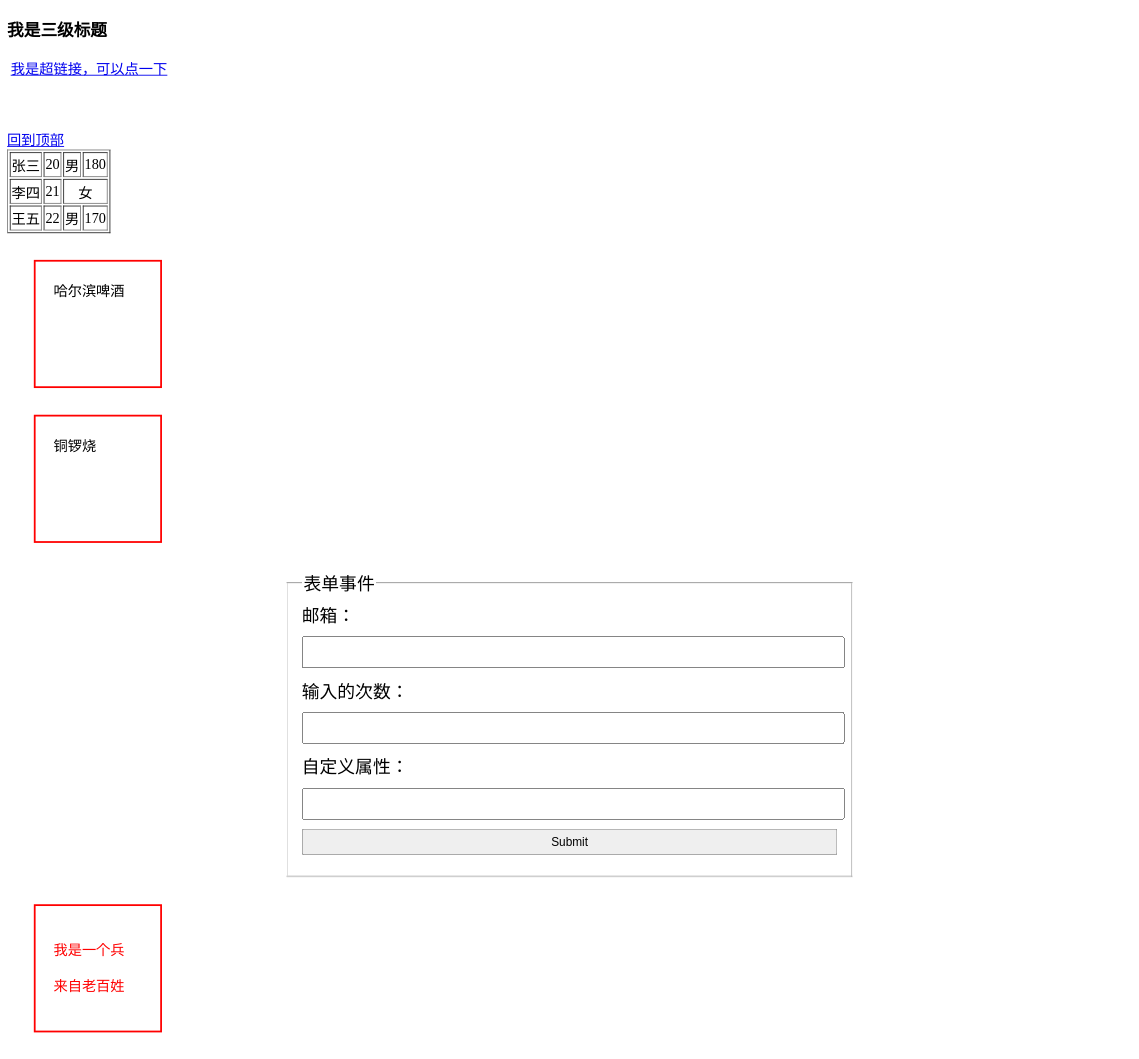
Repository: wyhzglgithub/mygitremote
Page: test.html
An editor plug-in stored every save of this project. The page is shown before and after the next save, followed by the edit.
The browser window is 1280 px wide. The pictures show the whole page, at 89% of full size.

Above is the page before, as saved 2021-10-13 17:37:35.

### test.html
<!DOCTYPE html>
<html lang="en">
<head>
    <meta charset="UTF-8">
    <meta http-equiv="X-UA-Compatible" content="IE=edge">
    <meta name="viewport" content="width=device-width, initial-scale=1.0">
    <title>Document</title>

    <style type="text/css">
        div{
            width: 100px;
            height: 100px;
            border: 2px solid red;
            padding: 20px;
            margin: 30px;
        }

        form{
           width: 100%;
           max-width: 640px;
           min-width: 320px;
           margin: 0 auto;
           font-family: "Microsoft Yahei";
           font-size: 20px;
        }

        input{
            display: block;
            width: 100%;
            height: 30px;
            margin: 10px 0;
        }

        /* 测试css继承性 */
        .cssjicheng{
            color:red
        }


    </style>
</head>
<body>
    <h3>我是三级标题</h3>
    <img src="" alt="" />
    <a name="name1" href="https://www.baidu.com" title="悬停文本">我是超链接，可以点一下</a>
    <pre>

    </pre>
    <a href="#name1">回到顶部</a>

    <table border="1">
        <tr>
            <td>张三</td>
            <td>20</td>
            <td>男</td>
            <td>180</td>
        </tr>
        <tr>
            <td>李四</td>
            <td>21</td>
            <td colspan="2" align="center">女</td>
        </tr>
        <tr>
            <td>王五</td>
            <td>22</td>
            <td>男</td>
            <td>170</td>
        </tr>
    </table>

    <!--测试盒子模型-->
    <div>哈尔滨啤酒</div>
    <div>铜锣烧</div>

    <form action="">
        <fieldset>
            <legend>表单事件</legend>
            <label for="">
                邮箱：<input type="email" name="" id="txt1" />
            </label>
            <label for="">
                输入的次数：<input type="text" name="" id="txt2" />
            </label>
            <label for="">
                自定义属性：<input type="text" data-my-name="zhangsan" data-content="abc" id="txt3" />
            </label>

            <input type="submit">
        </fieldset>
    </form>

    <!--测试css继承性-->
    <div class="cssjicheng">
        <p>我是一个兵</p>
        <p>来自老百姓</p>
    </div>

    <script>

        var txt1=document.getElementById("txt1");
        var txt2=document.getElementById("txt2");
        var txt3=document.getElementById('txt3');
        var num=0;

        txt1.oninput=function(){    // 用户输入时触发
            num++;  // 用户每输入一次num加1

            txt2.value=num;
        }

        txt1.oninvalid=function(){  // 验证不通过时触发
            this.setCustomValidity('亲，请输入正确的哟');   // 设置验证不通过时的提示文字

            console.log(txt3.dataset["content"]);
            console.log(txt3.dataset["myName"]);
        }

    </script>

    <script>



    </script>
</body>
</html>

After the next save:
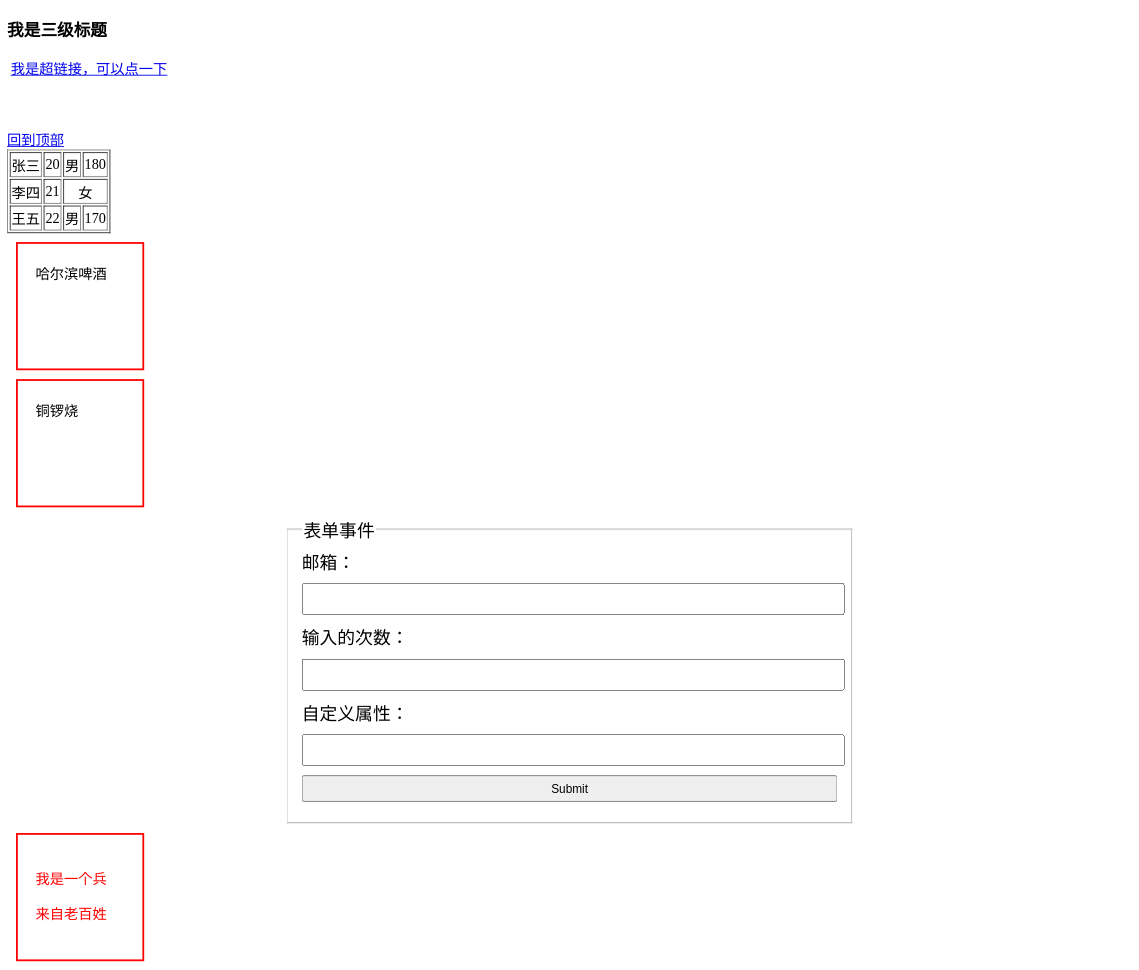
Saved 17 min 9 s later.
--- a/test.html
+++ b/test.html
@@ -12,7 +12,7 @@
             height: 100px;
             border: 2px solid red;
             padding: 20px;
-            margin: 30px;
+            margin: 10px;
         }
 
         form{
